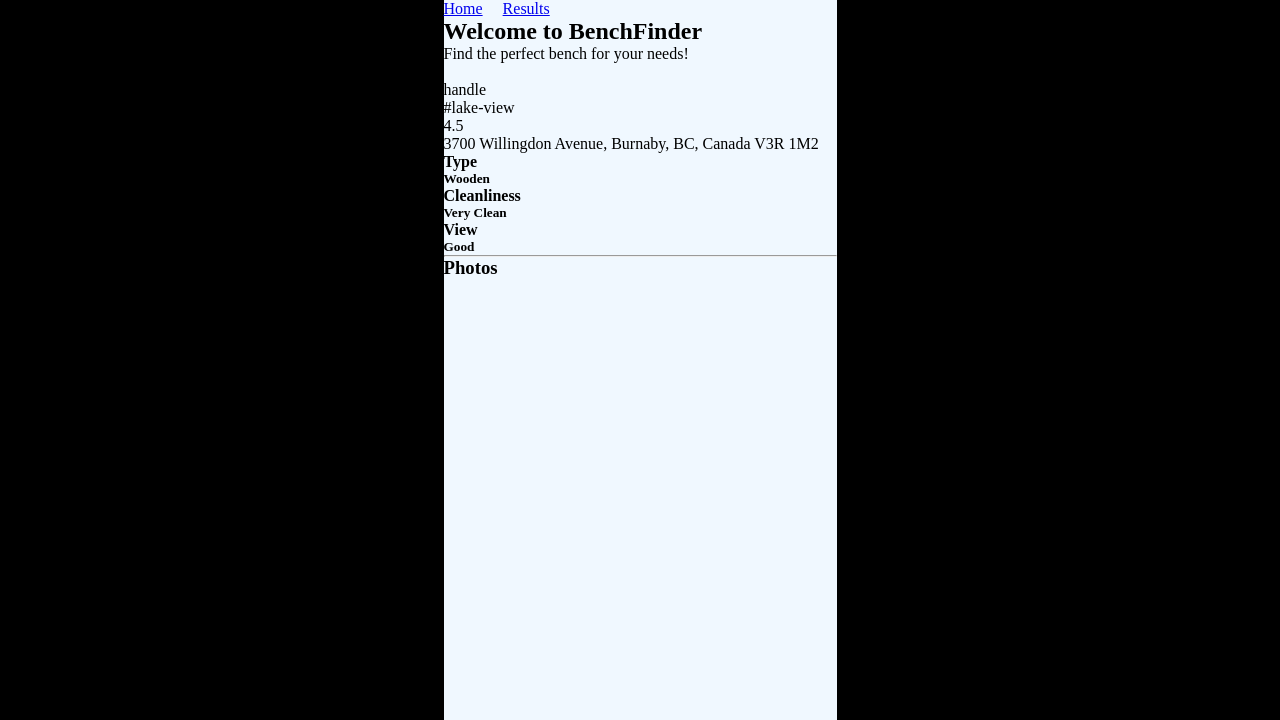
Repository: HidayatPatil/BenchFinder
Page: /
The author's editor kept a copy of each file at every save. The page is drawn from the files as they stood at one save, then again after the next save.
The browser window is 1280 px wide. The pictures show the whole page.
The project was rebuilt for these pictures with package versions that can differ from the ones it lists, and the page was loaded fresh each time. Also part of the build but not shown: vite.config.js, src/Results.jsx.

Above is the page before, as saved 2025-10-09 18:45:38.

After the next save:
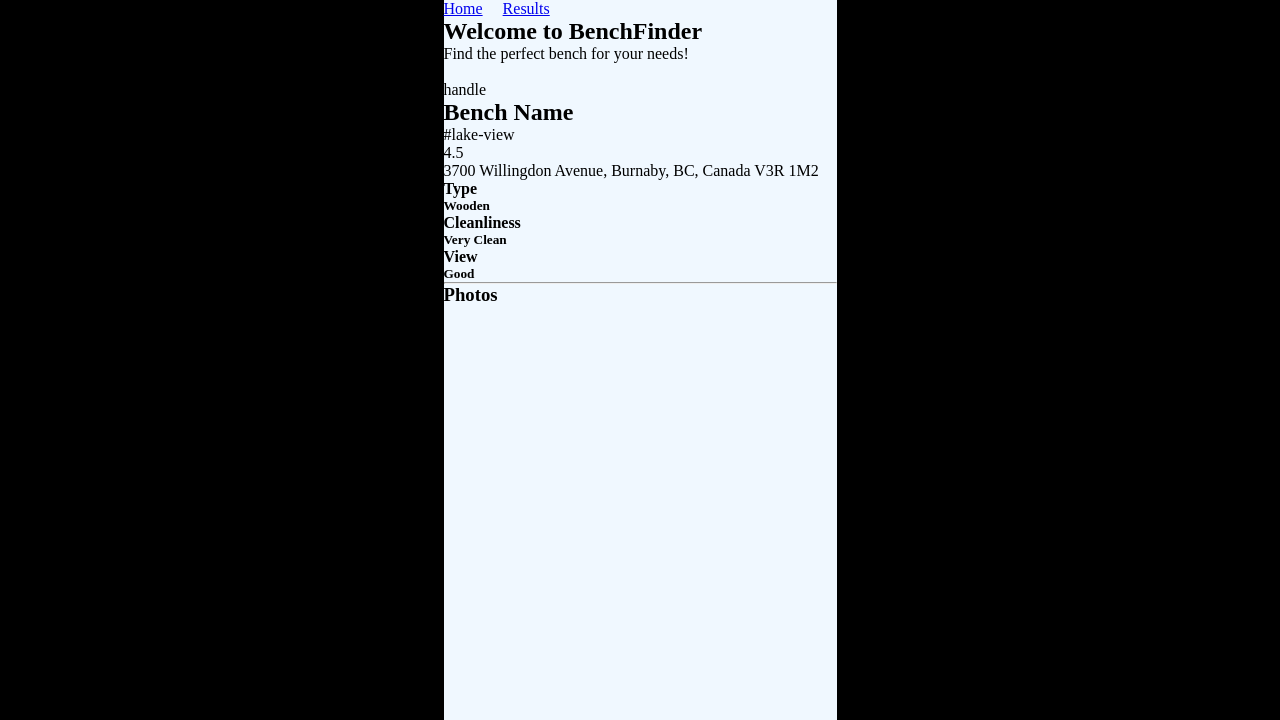
Saved 27 s later.
--- a/src/components/contentDrawer.jsx
+++ b/src/components/contentDrawer.jsx
@@ -4,7 +4,9 @@ export default function ContentDrawer() {
       <div className="drawer_handle">handle</div>
       <div className="bench_data">
         <div className="data_metadata">
-          <div className="metadata_name_options"></div>
+          <div className="metadata_name_options">
+            <h2>Bench Name</h2>
+          </div>
           <div className="metadata_tags_rating">
             <div className="bench_tags">#lake-view</div>
             <div className="bench_rating">4.5</div>
